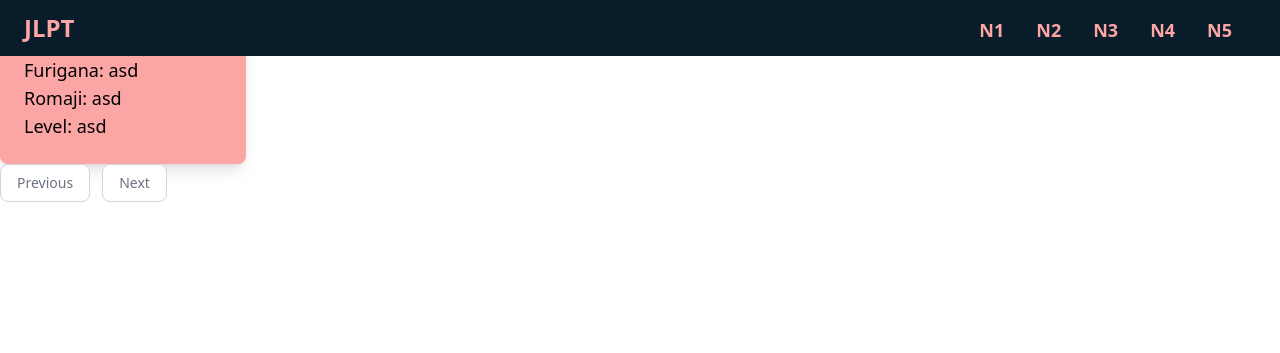
Repository: Penglee25/JLPT-vocabulary
Page: /n1
An editor plug-in stored every save of this project. The page is shown before and after the next save, followed by the edit.
The browser window is 1280 px wide. The pictures show the whole page.
The project was rebuilt for these pictures with package versions that can differ from the ones it lists, and the page was loaded fresh each time. The framework's server and built-in components were replaced by stand-ins that run in the browser. Also part of the build but not shown: next.config.js, src/styles/main.css.

Above is the page before, as saved 2023-03-17 13:39:30.

### src/pages/_app.tsx
import type { AppProps } from 'next/app';
import React from 'react';
import Head from '../components/head';

import '../styles/global.css';
import '../styles/main.css';

function MyApp({ Component, pageProps }: AppProps) {
  return (
    <React.Fragment>
      <Head />
      <Component {...pageProps} />
    </React.Fragment>
  )
}

export default MyApp;

### src/pages/n1.tsx
import Navbar from "../components/navbar";

export default function n1() {

    return (
        <div>
            <Navbar />
            <div className="container">


                <div className=" mt- grid md:grid-cols-5 gap-3 grid-cols-3">
                    <div key={0} className="block rounded-lg bg-red-300 p-6 shadow-lg dark:bg-neutral-700">
                        <span className='text-2xl font-bold text-red-600'>asd</span>
                        <p className='my-0 text-lg'>Furigana: asd</p>
                        <p className='my-0 text-lg'>Romaji: asd</p>
                        <p className='my-0 text-lg'>Level: asd</p>
                    </div>
                </div>
                <div className="pagination">
                    <a href="#" className="inline-flex items-center px-4 py-2 text-sm font-medium text-gray-500 bg-white border border-gray-300 rounded-lg hover:bg-gray-100 hover:text-gray-700 dark:bg-gray-800 dark:border-gray-700 dark:text-gray-400 dark:hover:bg-gray-700 dark:hover:text-white">
                        Previous
                    </a>

                    <a href="#" className="inline-flex items-center px-4 py-2 ml-3 text-sm font-medium text-gray-500 bg-white border border-gray-300 rounded-lg hover:bg-gray-100 hover:text-gray-700 dark:bg-gray-800 dark:border-gray-700 dark:text-gray-400 dark:hover:bg-gray-700 dark:hover:text-white">
                        Next
                    </a>
                </div>
            </div>
        </div>
    )
}

### src/components/head.tsx
import NextHead from 'next/head';

const title = 'JLPT Vocabulary API';
const desc = 'A RESTful / GraphQL API for JPLT vocabulary from N5 to N1';
const url = 'https://jlpt-keiz.vercel.app';

export default function Head() {
  return (
    <NextHead>
      <title>{title}</title>
      <meta name="description" content={desc} />
      <link rel="shortcut icon" type="image/x-icon" href="/icon-r.png" />

      <meta property="og:type" content="website" />
      <meta property="og:title" content={title} />
      <meta property="og:description" content={desc} />
      <meta property="og:url" content={url} />
      <meta property="og:image" content={`${url}/icon-s.png`} />

      <meta name="twitter:card" content="summary" />
    </NextHead>
  );
}

### src/styles/global.css
@tailwind base;
@tailwind components;
@tailwind utilities;

html {
  @apply antialiased;
}

.levels{
  color: #a2a2a2;
  font-weight: 600;
  transition: .3s;
  cursor: pointer;
}

.levels::after{
  content: '\261B';
  margin-left: 5px;
  position: absolute;
}

.levels:hover{
  color: black;
  text-decoration: underline;
}

### src/components/navbar.tsx
import Link from 'next/link'
import { useState } from 'react'

import { navLinks } from '../utils/data'

export default function Navbar() {
    const [isOpen, setIsOpen] = useState(false)
    const animate = useState(true)


    const NavMobile = ({ onClick }: any) => {
        // const animate = useStartAnimation()

        // return (
        //     <div className={`md:hidden flex flex-col text-white font-dosis w-11/12 mx-auto pl-2 pb-5 ${animate? '': 'translate-x-60 -translate-y-7 opacity-0'} transform transition duration-1000`}>

        //     </div>
        // )
    }

    return (
        <div style={{ backgroundColor: '#091c29' }} className='fixed top-0 w-full z-20 px-6'>
            <div className="w-full mx-auto py-3 flex items-center justify-between text-red-300 font-dosis transform transition duration-2500 text-2xl font-bold cursor-pointer">
                <Link href={navLinks[0].path}>
                <h3> JLPT </h3>
                </Link>
                <div className={`hidden md:block ${animate ? '' : 'translate-x-20 opacity-0'} transform transition duration-2500`}>
                    {
                        navLinks.map((nav: any, i) => (
                            <Link key={i} href={nav.path}>
                                <span className='font-bold text-lg mr-4 px-2 cursor-pointer border-b-2 border-transparent hover:border-white anim'>{nav.name}</span>
                            </Link>
                        ))
                    }
                </div>

                <div className='md:hidden -mr-1 flex'>
                </div>
            </div>


        </div>
    )
}

### src/utils/data.ts
export const navLinks = [
    { name: "",
     path: "/"
    },
    {
      name: "N1",
      path: "/n1",
    },
    {
      name: "N2",
      path: "/N2",
    },
    {
      name: "N3",
      path: "/N3",
    },
    {
      name: "N4",
      path: "/N4",
    },
    {
      name: "N5",
      path: "/N5",
    },
  ];

### tailwind.config.js
module.exports = {
	content: ["./src/**/*.tsx"],
	theme: {
		extend: {
			animation: {
				none: "none",
				spin: "spin 1s linear infinite",
				ping: "ping 1s cubic-bezier(0, 0, 0.2, 1) infinite",
				pulse: "pulse 2s cubic-bezier(0.4, 0, 0.6, 1) infinite",
				pulse1s: "pulse1s 1s cubic-bezier(0.4, 0, 0.6, 1) infinite",
				bounce: "bounce 1s infinite",
				newbounce: "newbounce 1s infinite",
				rebounce: "rebounce 1s infinite",
				float: "float 3s infinite",
				refloat: "refloat 3s infinite",
			},
			fontSize: {
				xs: ["0.75rem", { lineHeight: "1rem" }],
				sm: ["0.875rem", { lineHeight: "1.25rem" }],
				base: ["1rem", { lineHeight: "1.5rem" }],
				lg: ["1.125rem", { lineHeight: "1.75rem" }],
				xl: ["1.25rem", { lineHeight: "1.75rem" }],
				"2xl": ["1.5rem", { lineHeight: "2rem" }],
				"3xl": ["1.875rem", { lineHeight: "2.25rem" }],
				"4xl": ["2.25rem", { lineHeight: "2.5rem" }],
				"5xl": ["3rem", { lineHeight: "1" }],
				"6xl": ["3.75rem", { lineHeight: "1" }],
				"7xl": ["4.5rem", { lineHeight: "1" }],
				"8xl": ["6rem", { lineHeight: "1" }],
				"9xl": ["8rem", { lineHeight: "1" }],
			},
		},
	},
	plugins: [require("@tailwindcss/typography")],
};

After the next save:
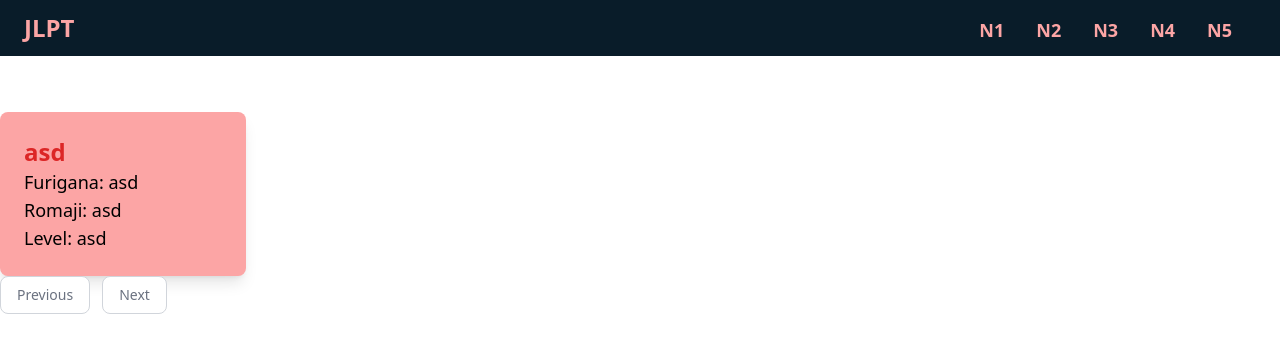
Saved 7 s later.
--- a/src/pages/n1.tsx
+++ b/src/pages/n1.tsx
@@ -8,7 +8,7 @@
             <div className="container">
 
 
-                <div className=" mt- grid md:grid-cols-5 gap-3 grid-cols-3">
+                <div className=" mt-28 grid md:grid-cols-5 gap-3 grid-cols-3">
                     <div key={0} className="block rounded-lg bg-red-300 p-6 shadow-lg dark:bg-neutral-700">
                         <span className='text-2xl font-bold text-red-600'>asd</span>
                         <p className='my-0 text-lg'>Furigana: asd</p>

After the save that followed:
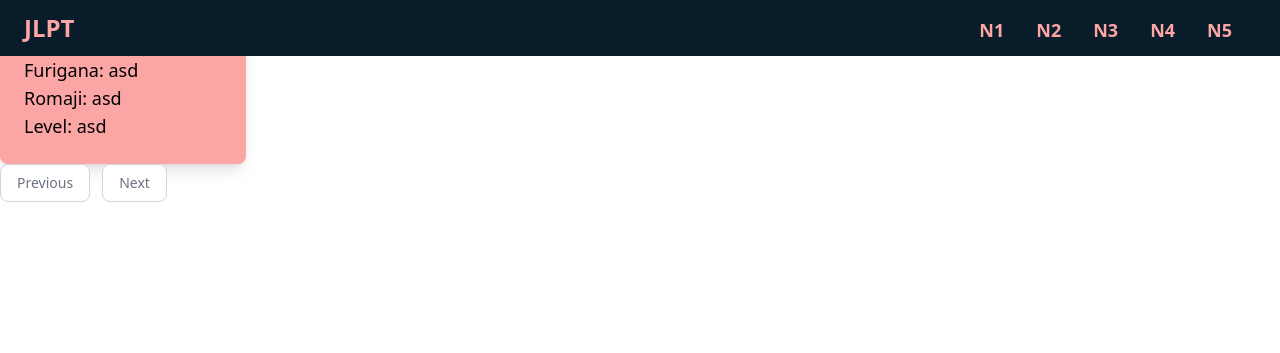
Saved 10 s later.
--- a/src/pages/n1.tsx
+++ b/src/pages/n1.tsx
@@ -8,7 +8,7 @@
             <div className="container">
 
 
-                <div className=" mt-28 grid md:grid-cols-5 gap-3 grid-cols-3">
+                <div className=" mt- grid md:grid-cols-5 gap-3 grid-cols-3">
                     <div key={0} className="block rounded-lg bg-red-300 p-6 shadow-lg dark:bg-neutral-700">
                         <span className='text-2xl font-bold text-red-600'>asd</span>
                         <p className='my-0 text-lg'>Furigana: asd</p>
